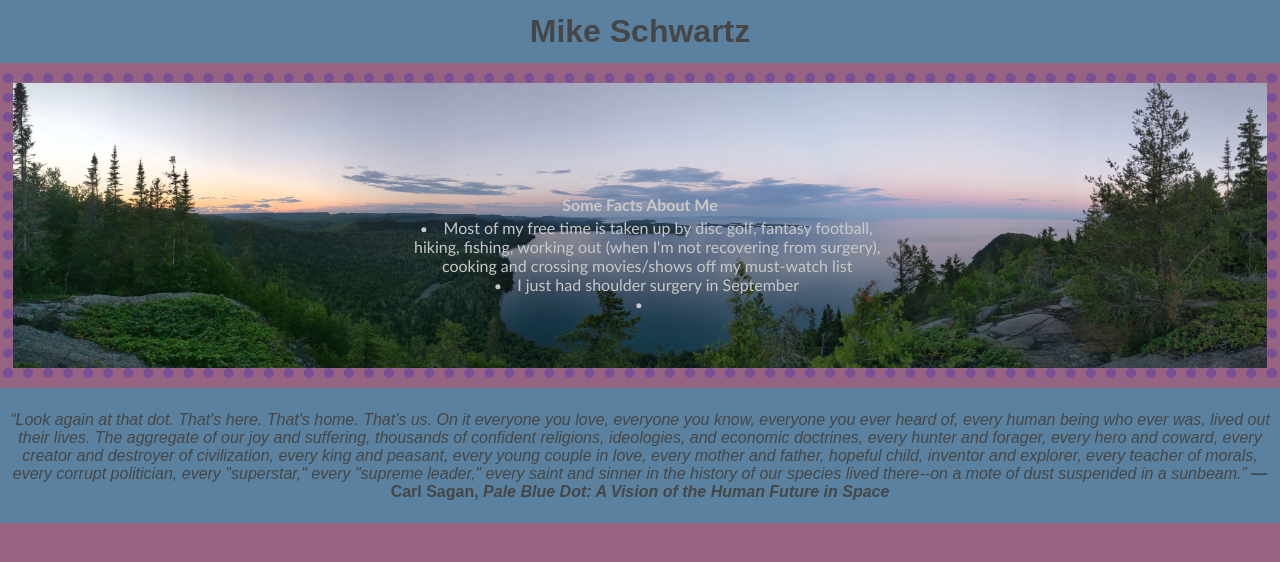
Repository: Ellusionism/prime-pw-week-1-assignment
Page: assignment/index.html
The author's editor kept a copy of each file at every save. The page is drawn from the files as they stood at one save, then again after the next save.
The browser window is 1280 px wide. The pictures show the whole page.

Above is the page before, as saved 2022-10-26 17:16:14.

After the next save:
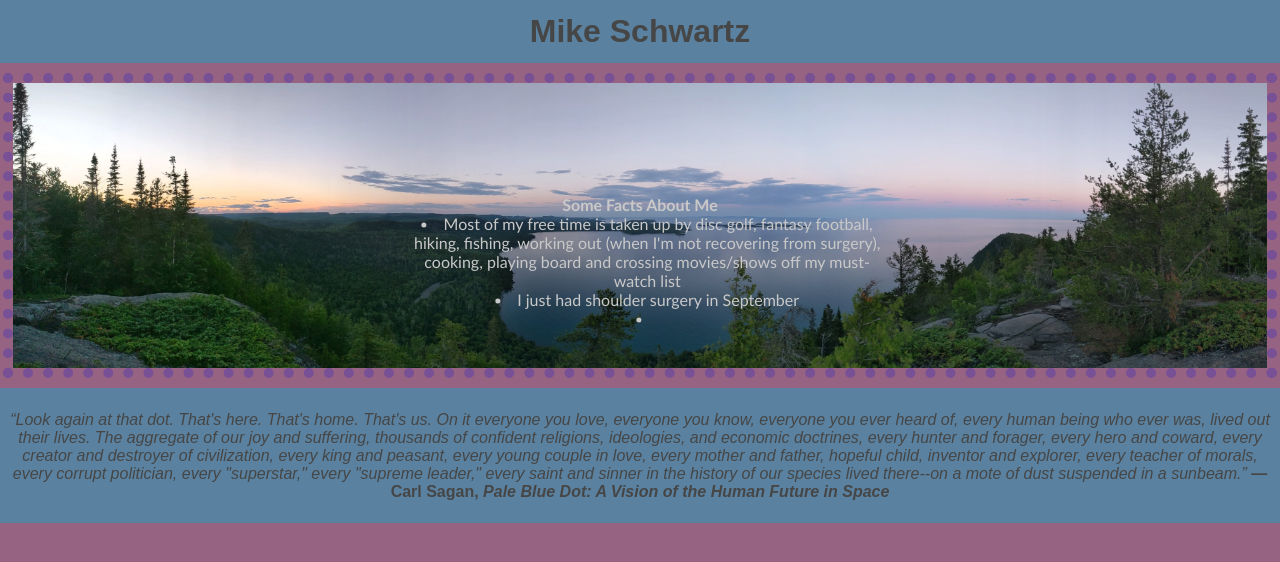
Saved 6 min 58 s later.
--- a/assignment/index.html
+++ b/assignment/index.html
@@ -26,7 +26,7 @@
         <img src="images/mtjosephine.jpg" alt="Mount Josephine summit view" class="img">
         <h4 class="facts">Some Facts About Me</h4>
         <ul class="facts-list">
-            <li>Most of my free time is taken up by disc golf, fantasy football, hiking, fishing, working out (when I'm not recovering from surgery), cooking and crossing movies/shows off my must-watch list</li>
+            <li>Most of my free time is taken up by disc golf, fantasy football, hiking, fishing, working out (when I'm not recovering from surgery), cooking, playing board and crossing movies/shows off my must-watch list</li>
             <li>I just had shoulder surgery in September</li>
             <li></li>
         </ul>
